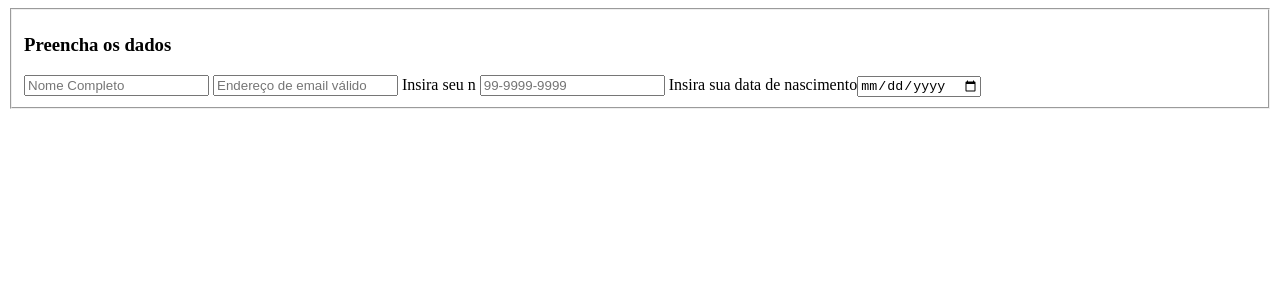
Repository: Leonngc/DEV-COLLEGE
Page: registration.html
An editor plug-in stored every save of this project. The page is shown before and after the next save, followed by the edit.
The browser window is 1280 px wide. The pictures show the whole page.

Above is the page before, as saved 2023-03-12 13:25:21.

### registration.html
<!DOCTYPE html>
<html lang="pt-br">
<head>
    <meta charset="UTF-8">
    <meta http-equiv="X-UA-Compatible" content="IE=edge">
    <meta name="viewport" content="width=device-width, initial-scale=1.0">
    <title>Matricule-se</title>
</head>
<body>
    <header>

    </header>
    <main>
        <fieldset>
            <h3>Preencha os dados</h3>
            <form action="">
                <input type="text" id="username" required minlength="1" maxlength="99" placeholder="Nome Completo">

                <input type="email" name="emailUser" id="userEmail" required placeholder="Endereço de email válido">

              <label for="phone">Insira seu n</label>  <input type="tel" name="phone" id="phone" pattern="[0-9]{2}-[0-9]{4}-[0-9]{4}" required maxlength="13" placeholder="99-9999-9999">

                <label for="birthday">Insira sua data de nascimento</label><input type="date" name="" id="birthday">
            </form>
        </fieldset>
    </main>
</body>
</html>

After the next save:
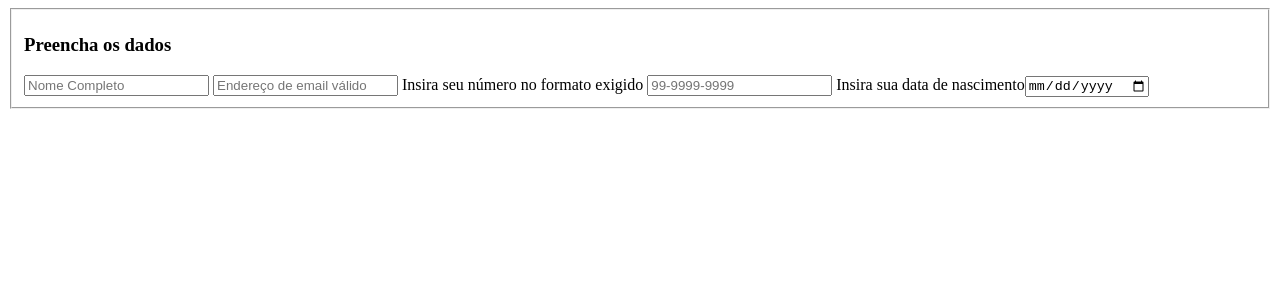
Saved 9 s later.
--- a/registration.html
+++ b/registration.html
@@ -18,7 +18,7 @@
 
                 <input type="email" name="emailUser" id="userEmail" required placeholder="Endereço de email válido">
 
-              <label for="phone">Insira seu n</label>  <input type="tel" name="phone" id="phone" pattern="[0-9]{2}-[0-9]{4}-[0-9]{4}" required maxlength="13" placeholder="99-9999-9999">
+              <label for="phone">Insira seu número no formato exigido</label>  <input type="tel" name="phone" id="phone" pattern="[0-9]{2}-[0-9]{4}-[0-9]{4}" required maxlength="13" placeholder="99-9999-9999">
 
                 <label for="birthday">Insira sua data de nascimento</label><input type="date" name="" id="birthday">
             </form>
